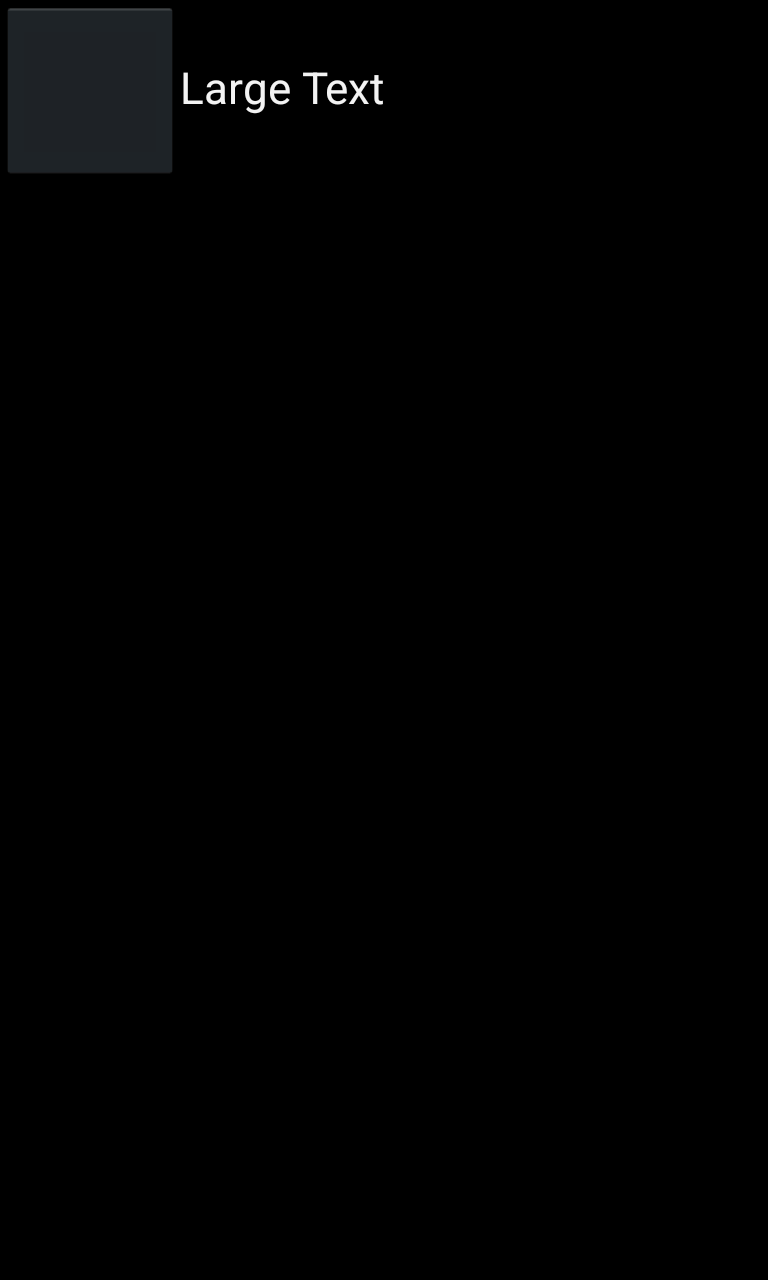
Repository: prayasjain/BunkMonitorApp
Layout: BunkMonitor/res/layout/subject_input.xml
The author's editor kept a copy of each file at every save. The layout is drawn from the files as they stood at one save, then again after the next save.
It is drawn on a 768 x 1280 px phone screen (xhdpi) without system bars, with theme android:Theme.Holo; the app's code is not run.

Above is the layout before, as saved 2015-08-05 10:44:51.

### BunkMonitor/res/layout/subject_input.xml
<?xml version="1.0" encoding="utf-8"?>
<LinearLayout xmlns:android="http://schemas.android.com/apk/res/android"
    android:layout_width="match_parent"
    android:layout_height="match_parent"
    android:orientation="vertical" >
<LinearLayout
    android:layout_width="wrap_content"
    android:layout_height="wrap_content"
    android:orientation="horizontal">
    <Button
        android:id="@+id/button1"
        android:layout_width="90dp"
        android:layout_height="90dp"
         />

    <TextView
        android:id="@+id/textView1"
        android:layout_width="wrap_content"
        android:layout_height="wrap_content"

        android:text="Large Text"
        android:textAppearance="?android:attr/textAppearanceLarge" />

</LinearLayout>
</LinearLayout>

After the next save:
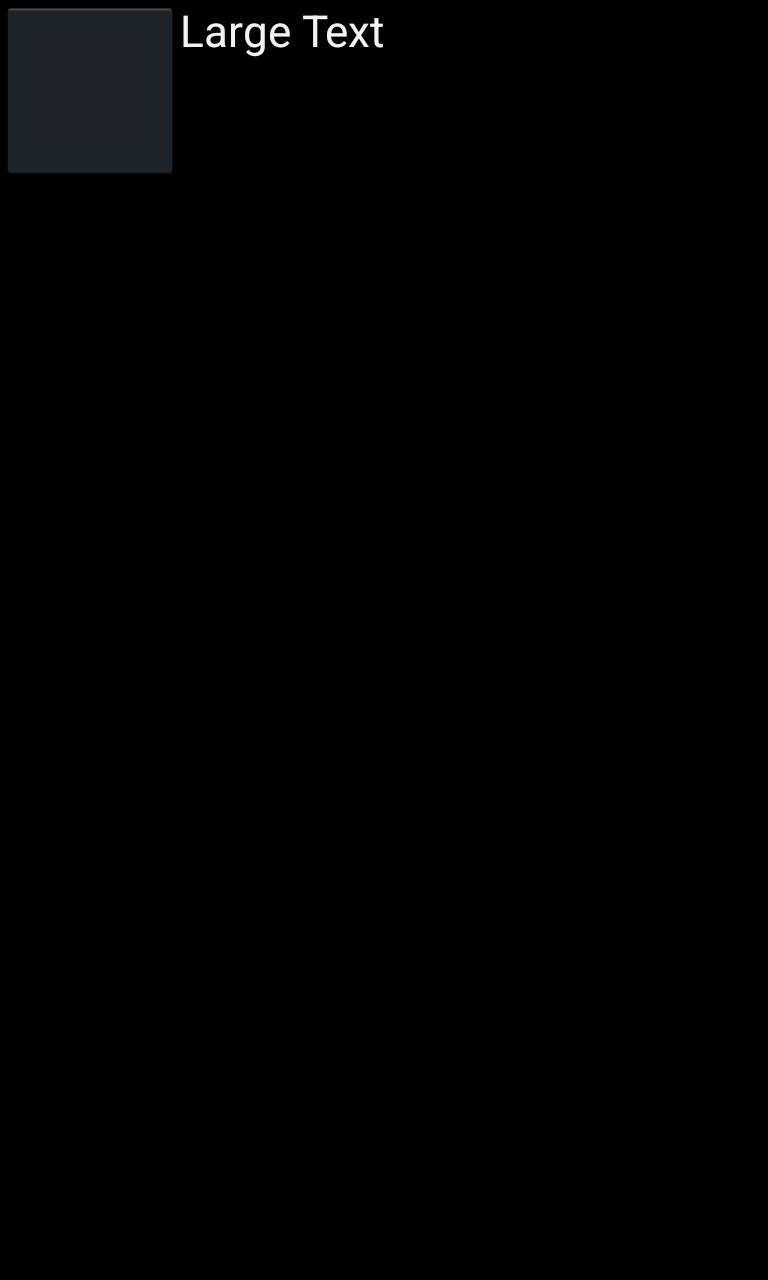
Saved 101 s later.
--- a/BunkMonitor/res/layout/subject_input.xml
+++ b/BunkMonitor/res/layout/subject_input.xml
@@ -3,23 +3,28 @@
     android:layout_width="match_parent"
     android:layout_height="match_parent"
     android:orientation="vertical" >
-<LinearLayout
-    android:layout_width="wrap_content"
-    android:layout_height="wrap_content"
-    android:orientation="horizontal">
-    <Button
-        android:id="@+id/button1"
-        android:layout_width="90dp"
-        android:layout_height="90dp"
-         />
 
-    <TextView
-        android:id="@+id/textView1"
+    <LinearLayout
         android:layout_width="wrap_content"
         android:layout_height="wrap_content"
+        android:orientation="horizontal" >
 
-        android:text="Large Text"
-        android:textAppearance="?android:attr/textAppearanceLarge" />
+        <Button
+            android:id="@+id/button1"
+            android:layout_width="90dp"
+            android:layout_height="90dp" />
+
+        <LinearLayout
+            android:layout_height="match_parent"
+            android:layout_width="wrap_content">
+
+            <TextView
+                android:id="@+id/textView1"
+                android:layout_width="wrap_content"
+                android:layout_height="wrap_content"
+                android:text="Large Text"
+                android:textAppearance="?android:attr/textAppearanceLarge" />
+        </LinearLayout>
+    </LinearLayout>
 
 </LinearLayout>
-</LinearLayout>
